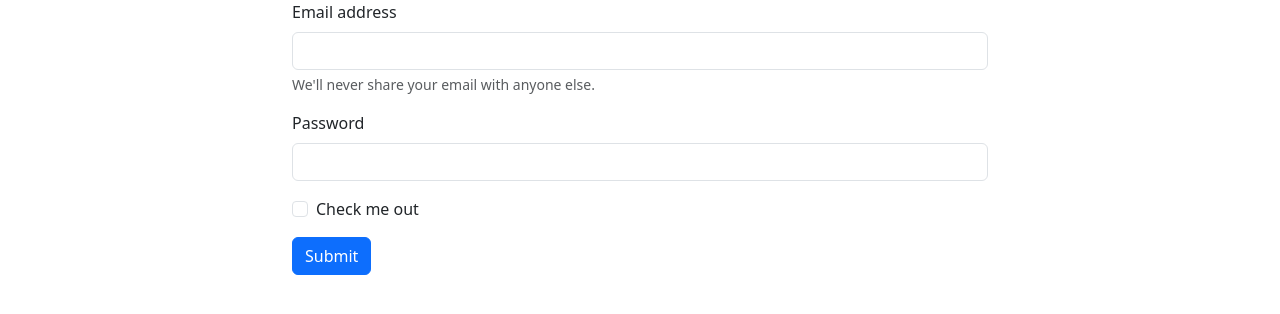
Repository: wuubangdev/bookstore-servlet-jsp
Page: http://localhost/Bai21_Servlet/login.jsp
These files come from the project's save history. The page is drawn as it stood at one moment and after the next save; the edit follows.
The browser window is 1280 px wide. The pictures show the whole page.
The page is served by Tomcat 9.

Above is the page before, as saved 2024-03-19 07:48:07.

### Bai21_Servlet/src/main/webapp/login.jsp
<%@ page language="java" contentType="text/html; charset=UTF-8"
    pageEncoding="UTF-8"%>
<!DOCTYPE html>
<html>
<head>
<meta charset="UTF-8">
<title>Login</title>
<link href="https://cdn.jsdelivr.net/npm/bootstrap@5.3.3/dist/css/bootstrap.min.css" rel="stylesheet" integrity="sha384-QWTKZyjpPEjISv5WaRU9OFeRpok6YctnYmDr5pNlyT2bRjXh0JMhjY6hW+ALEwIH" crossorigin="anonymous">
<script src="https://cdn.jsdelivr.net/npm/bootstrap@5.3.3/dist/js/bootstrap.bundle.min.js" integrity="sha384-YvpcrYf0tY3lHB60NNkmXc5s9fDVZLESaAA55NDzOxhy9GkcIdslK1eN7N6jIeHz" crossorigin="anonymous"></script>
</head>
<body>
	<div class="container m-auto" style="width: 720px;">
		<form>
		  <div class="mb-3">
		    <label for="exampleInputEmail1" class="form-label">Email address</label>
		    <input type="email" class="form-control" id="exampleInputEmail1" aria-describedby="emailHelp">
		    <div id="emailHelp" class="form-text">We'll never share your email with anyone else.</div>
		  </div>
		  <div class="mb-3">
		    <label for="exampleInputPassword1" class="form-label">Password</label>
		    <input type="password" class="form-control" id="exampleInputPassword1">
		  </div>
		  <div class="mb-3 form-check">
		    <input type="checkbox" class="form-check-input" id="exampleCheck1">
		    <label class="form-check-label" for="exampleCheck1">Check me out</label>
		  </div>
		  <button type="submit" class="btn btn-primary">Submit</button>
		</form>
	</div>
</body>
</html>

After the next save:
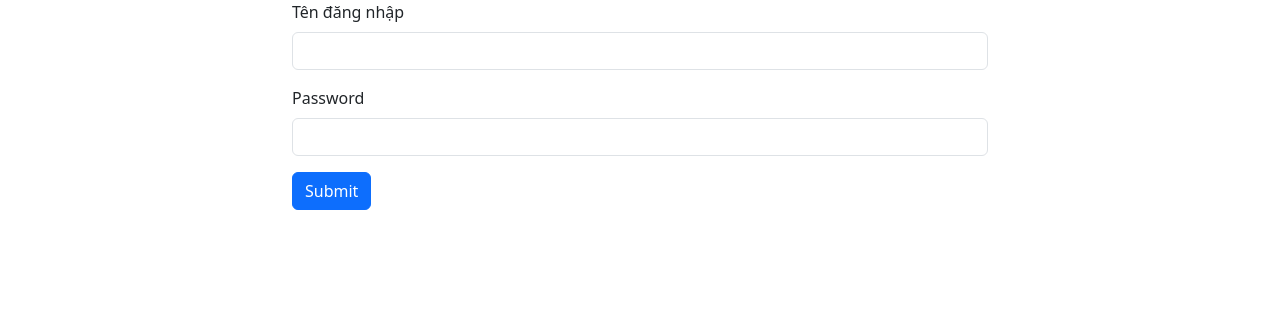
Saved 34 s later.
--- a/Bai21_Servlet/src/main/webapp/login.jsp
+++ b/Bai21_Servlet/src/main/webapp/login.jsp
@@ -12,17 +12,12 @@
 	<div class="container m-auto" style="width: 720px;">
 		<form>
 		  <div class="mb-3">
-		    <label for="exampleInputEmail1" class="form-label">Email address</label>
-		    <input type="email" class="form-control" id="exampleInputEmail1" aria-describedby="emailHelp">
-		    <div id="emailHelp" class="form-text">We'll never share your email with anyone else.</div>
+		    <label for="exampleInputPassword1" class="form-label">Tên đăng nhập</label>
+		    <input type="password" class="form-control" id="exampleInputPassword1">
 		  </div>
 		  <div class="mb-3">
 		    <label for="exampleInputPassword1" class="form-label">Password</label>
 		    <input type="password" class="form-control" id="exampleInputPassword1">
-		  </div>
-		  <div class="mb-3 form-check">
-		    <input type="checkbox" class="form-check-input" id="exampleCheck1">
-		    <label class="form-check-label" for="exampleCheck1">Check me out</label>
 		  </div>
 		  <button type="submit" class="btn btn-primary">Submit</button>
 		</form>
